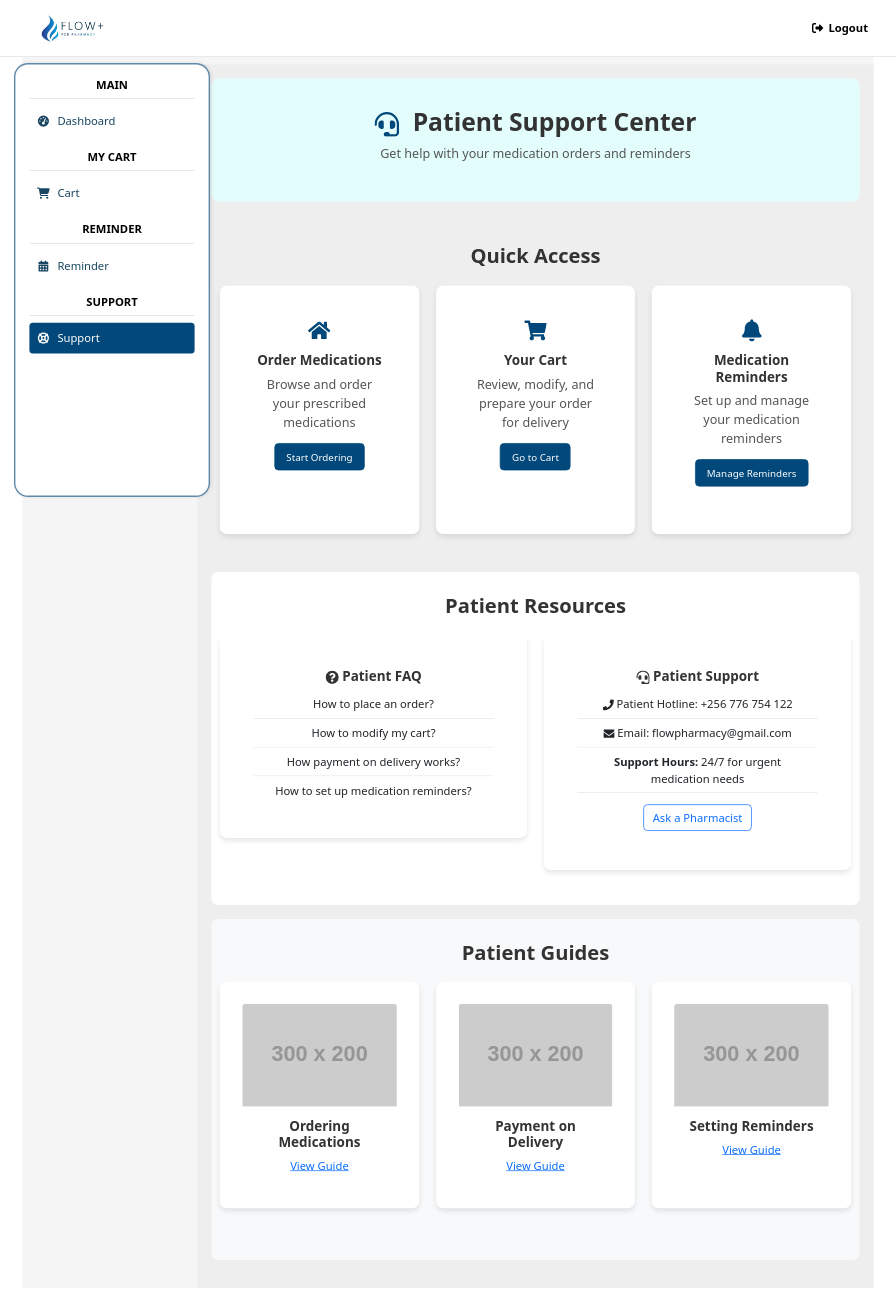
Repository: bindukabusara/Frontend
Page: /patientsupport
The author's editor kept a copy of each file at every save. The page is drawn from the files as they stood at one save, then again after the next save.
The browser window is 1280 px wide. The pictures show the whole page, at 70% of full size.
The project was rebuilt for these pictures with package versions that can differ from the ones it lists, and the page was loaded fresh each time. Also part of the build but not shown: vite.config.js, src/components/Home.jsx, src/components/authentification/Signup.css, src/components/authentification/Signup.jsx, src/components/authentification/Login.jsx, src/components/Pharmacy/Sidebar/Sidebar.jsx, src/components/Pharmacy/Sidebar/Navbar.jsx, src/components/Content/Dashboard.jsx and 16 more.

Above is the page before, as saved 2025-03-31 18:59:37.

### index.html
<!doctype html>
<html lang="en">

<head>
  <meta charset="UTF-8" />
  <link rel="icon" type="image/png" href="/Logo.png" />
  <meta name="viewport" content="width=device-width, initial-scale=1.0" />
  <title> FLOW +</title>

</head>

<body>
  <div id="root"></div>
  <script type="module" src="/src/main.jsx"></script>
</body>

</html>

### src/App.css
#root {
  max-width: 1280px;
  margin: 0 auto;
  padding: 2rem;
  text-align: center;
}

.logo {
  height: 6em;
  padding: 1.5em;
  will-change: filter;
  transition: filter 300ms;
}
.logo:hover {
  filter: drop-shadow(0 0 2em #646cffaa);
}
.logo.react:hover {
  filter: drop-shadow(0 0 2em #61dafbaa);
}

@keyframes logo-spin {
  from {
    transform: rotate(0deg);
  }
  to {
    transform: rotate(360deg);
  }
}

@media (prefers-reduced-motion: no-preference) {
  a:nth-of-type(2) .logo {
    animation: logo-spin infinite 20s linear;
  }
}

.card {
  padding: 2em;
}

.read-the-docs {
  color: #ffffff;
}

### src/componentp/contents/PatientSupport.jsx
import { Container, Row, Col, Card, Button, ListGroup } from "react-bootstrap";
import { FaHome, FaShoppingCart, FaBell, FaHeadset, FaPhone, FaEnvelope, FaQuestionCircle } from "react-icons/fa";
import { Link } from "react-router-dom";
import SidebarP from "../bar/SidebarP";
import NavbarP from "../bar/NavbarP";
import "./Support.css";

const PatientSupport = () => {
  return (
    <div className="dashboard-container">
      <NavbarP />
      <SidebarP />
      <div className="main-content">
        {/* Header Section */}
        <div className="support-header">
          <Container>
            <h1><FaHeadset className="support-icon" /> Patient Support Center</h1>
            <p>Get help with your medication orders and reminders</p>
          </Container>
        </div>

        {/* Quick Links Section */}
        <section className="quick-links">
          <Container>
            <h2 className="section-title">Quick Access</h2>
            <Row className="mt-4">
              <Col md={4} className="mb-4">
                <Card className="quick-link-card">
                  <Card.Body className="text-center">
                    <FaHome className="quick-link-icon" />
                    <Card.Title>Order Medications</Card.Title>
                    <Card.Text>
                      Browse and order your prescribed medications
                    </Card.Text>
                    <Button as={Link} to="/dash" variant="primary">
                      Start Ordering
                    </Button>
                  </Card.Body>
                </Card>
              </Col>
              <Col md={4} className="mb-4">
                <Card className="quick-link-card">
                  <Card.Body className="text-center">
                    <FaShoppingCart className="quick-link-icon" />
                    <Card.Title>Your Cart</Card.Title>
                    <Card.Text>
                      Review, modify, and prepare your order for delivery
                    </Card.Text>
                    <Button as={Link} to="/card" variant="primary">
                      Go to Cart
                    </Button>
                  </Card.Body>
                </Card>
              </Col>
              <Col md={4} className="mb-4">
                <Card className="quick-link-card">
                  <Card.Body className="text-center">
                    <FaBell className="quick-link-icon" />
                    <Card.Title>Medication Reminders</Card.Title>
                    <Card.Text>
                      Set up and manage your medication reminders
                    </Card.Text>
                    <Button as={Link} to="/reminder" variant="primary">
                      Manage Reminders
                    </Button>
                  </Card.Body>
                </Card>
              </Col>
            </Row>
          </Container>
        </section>

        {/* Help Resources Section */}
        <section className="help-resources">
          <Container>
            <h2 className="section-title">Patient Resources</h2>
            <Row>
              <Col md={6}>
                <Card className="mb-4">
                  <Card.Body>
                    <Card.Title><FaQuestionCircle className="mr-2" /> Patient FAQ</Card.Title>
                    <ListGroup variant="flush">
                      <ListGroup.Item>How to place an order?</ListGroup.Item>
                      <ListGroup.Item>How to modify my cart?</ListGroup.Item>
                      <ListGroup.Item>How payment on delivery works?</ListGroup.Item>
                      <ListGroup.Item>How to set up medication reminders?</ListGroup.Item>
                    </ListGroup>
                  </Card.Body>
                </Card>
              </Col>
              <Col md={6}>
                <Card>
                  <Card.Body>
                    <Card.Title><FaHeadset className="mr-2" /> Patient Support</Card.Title>
                    <ListGroup variant="flush">
                      <ListGroup.Item>
                        <FaPhone className="mr-2" /> Patient Hotline: +256 776 754 122
                      </ListGroup.Item>
                      <ListGroup.Item>
                        <FaEnvelope className="mr-2" /> Email: flowpharmacy@gmail.com
                      </ListGroup.Item>
                      <ListGroup.Item>
                        <strong>Support Hours:</strong> 24/7 for urgent medication needs
                      </ListGroup.Item>
                      <ListGroup.Item>
                        <Button variant="outline-primary" className="mt-2">
                          Ask a Pharmacist
                        </Button>
                      </ListGroup.Item>
                    </ListGroup>
                  </Card.Body>
                </Card>
              </Col>
            </Row>
          </Container>
        </section>

        {/* Patient Guides Section */}
        <section className="video-tutorials">
          <Container>
            <h2 className="section-title">Patient Guides</h2>
            <Row>
              <Col md={4} className="mb-4">
                <Card>
                  <Card.Img variant="top" src="https://via.placeholder.com/300x200" alt="Ordering Guide" />
                  <Card.Body>
                    <Card.Title>Ordering Medications</Card.Title>
                    <Button variant="link" className="p-0">View Guide</Button>
                  </Card.Body>
                </Card>
              </Col>
              <Col md={4} className="mb-4">
                <Card>
                  <Card.Img variant="top" src="https://via.placeholder.com/300x200" alt="Payment Guide" />
                  <Card.Body>
                    <Card.Title>Payment on Delivery</Card.Title>
                    <Button variant="link" className="p-0">View Guide</Button>
                  </Card.Body>
                </Card>
              </Col>
              <Col md={4} className="mb-4">
                <Card>
                  <Card.Img variant="top" src="https://via.placeholder.com/300x200" alt="Reminders Guide" />
                  <Card.Body>
                    <Card.Title>Setting Reminders</Card.Title>
                    <Button variant="link" className="p-0">View Guide</Button>
                  </Card.Body>
                </Card>
              </Col>
            </Row>
          </Container>
        </section>
      </div>
    </div>
  );
};

export default PatientSupport;

### src/components/Pharmacy/Sidebar/Navbar.css
/* Navbar Styles */
.navbar {
  background-color: #fff; /* Updated navbar color */
  color: #fff; /* White text */
  padding: 5px 10px;
  box-shadow: 0 2px 5px rgba(255, 255, 255, 0.1);
  position: fixed;
  top: 0;
  left: 0;
  width: 100%;
  z-index: 100;
  display: flex;
  align-items: center;
}

.navbar-content {
  display: flex;
  align-items: center;
  width: 100%;
  max-width: 1200px;
  margin: 0 auto;
}



.navbar-logo img {
  height: 70px; /* Adjust logo size */
}

/* Logout option styling */
.navbar-actions {
  margin-left: auto; /* Push logout to the extreme right */
  display: flex;
  align-items: center;
}

.navbar-actions .logout-option {
  color: #000000;
  cursor: pointer;
  font-size: 16px;
  display: flex;
  align-items: center;
  gap: 8px; /* Space between icon and text */
  transition: opacity 0.3s ease;
}

.navbar-actions .logout-option:hover {
  opacity: 0.8; /* Slight fade on hover */
}

/* Logout icon styling */
.navbar-actions .logout-option svg {
  width: 16px;
  height: 16px;
}

/* Logout Popup Overlay */
.logout-popup-overlay {
  position: fixed;
  top: 0;
  left: 0;
  width: 100%;
  height: 100%;
  background-color: rgba(0, 0, 0, 0.5); /* Semi-transparent black overlay */
  display: flex;
  justify-content: center;
  align-items: center;
  z-index: 1001;
}

/* Logout Popup */
.logout-popup {
  background-color: #fff;
  padding: 20px;
  border-radius: 10px;
  box-shadow: 0 2px 10px rgba(0, 0, 0, 0.1);
  text-align: center;
  max-width: 300px;
  width: 100%;
}

.logout-popup h3 {
  margin-bottom: 20px;
  color: #333;
}

.popup-buttons {
  display: flex;
  justify-content: center;
  gap: 10px;
}

.popup-buttons button {
  padding: 8px 16px;
  border: none;
  border-radius: 5px;
  cursor: pointer;
  font-size: 14px;
  transition: background-color 0.3s ease;
}

.popup-buttons .confirm-button {
  background-color: #ff4d4d; /* Red button */
  color: #fff;
}

.popup-buttons .confirm-button:hover {
  background-color: #e60000; /* Darker red on hover */
}

.popup-buttons .cancel-button {
  background-color: #1D328D; /* Updated navbar color */
  color: #fff;
}

.popup-buttons .cancel-button:hover {
  background-color: #16236b; /* Darker blue on hover */
}

### src/components/Content/order.css
.all-carts-page-container {
    padding: 20px;
  }

  .main-content {
    margin-left: 250px; /* Adjust based on your sidebar width */
  }

  .medication-image {
    width: 50px;
    height: 50px;
    object-fit: cover;
    margin-right: 10px;
  }

  .table td {
    vertical-align: middle; /* Align content vertically in the middle */
  }

  .modal-body {
    padding: 20px;
  }

  .modal-footer {
    justify-content: space-between;
  }

  /* Style the time input */
  input[type="time"] {
    padding: 8px;
    border: 1px solid #ccc;
    border-radius: 4px;
    width: 100%;
  }

  /* Style the "Add Another Time" button */
  .btn-secondary {
    margin-top: 10px;
  }

  .custom-table {
    width: 100%;
    border-collapse: collapse;
    margin-top: 20px;
    box-shadow: 0 4px 8px rgba(0, 0, 0, 0.1);
    background-color: #fff;
  }

  .custom-table th,
  .custom-table td {
    padding: 12px;
    text-align: left;
    border-bottom: 1px solid #ddd;
  }

  .custom-table th {
    background-color: #02487a;
    color: #fff;
    font-weight: bold;
    text-transform: uppercase;
    font-size: 12px;
  }

  .custom-table tbody tr:hover {
    background-color: #f1f1f1;
  }

  .custom-table tbody tr:nth-child(even) {
    background-color: #f9f9f9;
  }

  /* Medication Image Styling */
  .medication-image {
    width: 30px;
    height: 30px;
    border-radius: 5px;
    object-fit: cover;
  }

  /* Button Styling */
  .btn-primary {
    background-color:#02487a;
    border-color: #02487a;
    font-size: 14px;
    padding: 8px 16px;
  }

  .btn-primary:hover {
    background-color: #02487a;;
    border-color:#02487a;;
  }

### src/components/Content/Support.css
/* Support Page Styles */
.dashboard-container {
    display: flex;
    min-height: 100vh;
  }

  .main-content {
    flex: 1;
    padding: 20px;
    margin-left: 250px; /* Adjust based on your sidebar width */
  }

  .support-header {
    background-color: #E3FDFD;
    padding: 40px 0;
    text-align: center;
    margin-bottom: 30px;
    border-radius: 10px;
  }

  .support-header h1 {
    font-size: 2.2rem;
    font-weight: bold;
    color: #333;
  }

  .support-icon {
    color: #02487a;
    margin-right: 10px;
  }

  .section-title {
    font-size: 1.8rem;
    font-weight: bold;
    color: #333;
    margin-bottom: 25px;
    text-align: center;
  }

  .quick-links {
    padding: 30px 0;
  }

  .quick-link-card {
    height: 100%;
    transition: transform 0.3s ease;
    border: none;
    border-radius: 10px;
    box-shadow: 0 4px 8px rgba(0, 0, 0, 0.1);
    margin-bottom: 20px;
  }

  .quick-link-card:hover {
    transform: translateY(-5px);
  }

  .quick-link-icon {
    font-size: 2rem;
    color: #02487a;
    margin-bottom: 15px;
  }

  .help-resources, .video-tutorials {
    padding: 30px 0;
    background-color: #ffffff;
    border-radius: 10px;
    margin-bottom: 20px;
  }

  .video-tutorials {
    background-color: #f8f9fa;
  }

  .card {
    border: none;
    border-radius: 10px;
    box-shadow: 0 4px 8px rgba(0, 0, 0, 0.1);
    transition: transform 0.3s ease;
    margin-bottom: 20px;
  }

  .card:hover {
    transform: translateY(-5px);
  }

  .ListGroup-item {
    padding: 12px;
    border-left: none;
    border-right: none;
  }

  /* Responsive adjustments */
  @media (max-width: 992px) {
    .main-content {
      margin-left: 0;
      padding-top: 70px; /* Account for navbar height */
    }

    .support-header h1 {
      font-size: 1.8rem;
    }

    .section-title {
      font-size: 1.5rem;
    }

    .quick-link-icon {
      font-size: 1.5rem;
    }
  }

### src/componentp/contents/Support.css
/* Support Page Styles */
.dashboard-container {
    display: flex;
    min-height: 100vh;
  }

  .main-content {
    flex: 1;
    padding: 20px;
    margin-left: 250px; /* Adjust based on your sidebar width */
  }

  .support-header {
    background-color: #E3FDFD;
    padding: 40px 0;
    text-align: center;
    margin-bottom: 30px;
    border-radius: 10px;
  }

  .support-header h1 {
    font-size: 2.2rem;
    font-weight: bold;
    color: #333;
  }

  .support-icon {
    color: #02487a;
    margin-right: 10px;
  }

  .section-title {
    font-size: 1.8rem;
    font-weight: bold;
    color: #333;
    margin-bottom: 25px;
    text-align: center;
  }

  .quick-links {
    padding: 30px 0;
  }

  .quick-link-card {
    height: 100%;
    transition: transform 0.3s ease;
    border: none;
    border-radius: 10px;
    box-shadow: 0 4px 8px rgba(0, 0, 0, 0.1);
    margin-bottom: 20px;
  }

  .quick-link-card:hover {
    transform: translateY(-5px);
  }

  .quick-link-icon {
    font-size: 2rem;
    color: #02487a;
    margin-bottom: 15px;
  }

  .help-resources, .video-tutorials {
    padding: 30px 0;
    background-color: #ffffff;
    border-radius: 10px;
    margin-bottom: 20px;
  }

  .video-tutorials {
    background-color: #f8f9fa;
  }

  .card {
    border: none;
    border-radius: 10px;
    box-shadow: 0 4px 8px rgba(0, 0, 0, 0.1);
    transition: transform 0.3s ease;
    margin-bottom: 20px;
  }

  .card:hover {
    transform: translateY(-5px);
  }

  .ListGroup-item {
    padding: 12px;
    border-left: none;
    border-right: none;
  }

  /* Responsive adjustments */
  @media (max-width: 992px) {
    .main-content {
      margin-left: 0;
      padding-top: 70px; /* Account for navbar height */
    }

    .support-header h1 {
      font-size: 1.8rem;
    }

    .section-title {
      font-size: 1.5rem;
    }

    .quick-link-icon {
      font-size: 1.5rem;
    }
  }

### src/components/saler/Content/Support.css
/* Support Page Styles */
.dashboard-container {
    display: flex;
    min-height: 100vh;
  }

  .main-content {
    flex: 1;
    padding: 20px;
    margin-left: 250px; /* Adjust based on your sidebar width */
  }

  .support-header {
    background-color: #E3FDFD;
    padding: 40px 0;
    text-align: center;
    margin-bottom: 30px;
    border-radius: 10px;
  }

  .support-header h1 {
    font-size: 2.2rem;
    font-weight: bold;
    color: #333;
  }

  .support-icon {
    color: #02487a;
    margin-right: 10px;
  }

  .section-title {
    font-size: 1.8rem;
    font-weight: bold;
    color: #333;
    margin-bottom: 25px;
    text-align: center;
  }

  .quick-links {
    padding: 30px 0;
  }

  .quick-link-card {
    height: 100%;
    transition: transform 0.3s ease;
    border: none;
    border-radius: 10px;
    box-shadow: 0 4px 8px rgba(0, 0, 0, 0.1);
    margin-bottom: 20px;
  }

  .quick-link-card:hover {
    transform: translateY(-5px);
  }

  .quick-link-icon {
    font-size: 2rem;
    color: #02487a;
    margin-bottom: 15px;
  }

  .help-resources, .video-tutorials {
    padding: 30px 0;
    background-color: #ffffff;
    border-radius: 10px;
    margin-bottom: 20px;
  }

  .video-tutorials {
    background-color: #f8f9fa;
  }

  .card {
    border: none;
    border-radius: 10px;
    box-shadow: 0 4px 8px rgba(0, 0, 0, 0.1);
    transition: transform 0.3s ease;
    margin-bottom: 20px;
  }

  .card:hover {
    transform: translateY(-5px);
  }

  .ListGroup-item {
    padding: 12px;
    border-left: none;
    border-right: none;
  }

  /* Responsive adjustments */
  @media (max-width: 992px) {
    .main-content {
      margin-left: 0;
      padding-top: 70px; /* Account for navbar height */
    }

    .support-header h1 {
      font-size: 1.8rem;
    }

    .section-title {
      font-size: 1.5rem;
    }

    .quick-link-icon {
      font-size: 1.5rem;
    }
  }

### src/componentp/bar/Navbar.css
/* Navbar Styles */
.navbar {
  background-color: #fff; /* Updated navbar color */
  color: #fff; /* White text */
  padding: 5px 10px;
  box-shadow: 0 2px 5px rgba(255, 255, 255, 0.1);
  position: fixed;
  top: 0;
  left: 0;
  width: 100%;
  z-index: 100;
  display: flex;
  align-items: center;
}

.navbar-content {
  display: flex;
  align-items: center;
  width: 100%;
  max-width: 1200px;
  margin: 0 auto;
}



.navbar-logo img {
  height: 70px; /* Adjust logo size */
}

/* Logout option styling */
.navbar-actions {
  margin-left: auto; /* Push logout to the extreme right */
  display: flex;
  align-items: center;
}

.navbar-actions .logout-option {
  color: #000000;
  cursor: pointer;
  font-size: 16px;
  display: flex;
  align-items: center;
  gap: 8px; /* Space between icon and text */
  transition: opacity 0.3s ease;
}

.navbar-actions .logout-option:hover {
  opacity: 0.8; /* Slight fade on hover */
}

/* Logout icon styling */
.navbar-actions .logout-option svg {
  width: 16px;
  height: 16px;
}

/* Logout Popup Overlay */
.logout-popup-overlay {
  position: fixed;
  top: 0;
  left: 0;
  width: 100%;
  height: 100%;
  background-color: rgba(0, 0, 0, 0.5); /* Semi-transparent black overlay */
  display: flex;
  justify-content: center;
  align-items: center;
  z-index: 1001;
}

/* Logout Popup */
.logout-popup {
  background-color: #fff;
  padding: 20px;
  border-radius: 10px;
  box-shadow: 0 2px 10px rgba(0, 0, 0, 0.1);
  text-align: center;
  max-width: 300px;
  width: 100%;
}

.logout-popup h3 {
  margin-bottom: 20px;
  color: #333;
}

.popup-buttons {
  display: flex;
  justify-content: center;
  gap: 10px;
}

.popup-buttons button {
  padding: 8px 16px;
  border: none;
  border-radius: 5px;
  cursor: pointer;
  font-size: 14px;
  transition: background-color 0.3s ease;
}

.popup-buttons .confirm-button {
  background-color: #ff4d4d; /* Red button */
  color: #fff;
}

.popup-buttons .confirm-button:hover {
  background-color: #e60000; /* Darker red on hover */
}

.popup-buttons .cancel-button {
  background-color: #1D328D; /* Updated navbar color */
  color: #fff;
}

.popup-buttons .cancel-button:hover {
  background-color: #16236b; /* Darker blue on hover */
}

### src/components/saler/Bar/Navbar.css
/* Navbar Styles */
.navbar {
  background-color: #fff; /* Updated navbar color */
  color: #fff; /* White text */
  padding: 5px 10px;
  box-shadow: 0 2px 5px rgba(255, 255, 255, 0.1);
  position: fixed;
  top: 0;
  left: 0;
  width: 100%;
  z-index: 100;
  display: flex;
  align-items: center;
}

.navbar-content {
  display: flex;
  align-items: center;
  width: 100%;
  max-width: 1200px;
  margin: 0 auto;
}



.navbar-logo img {
  height: 70px; /* Adjust logo size */
}

/* Logout option styling */
.navbar-actions {
  margin-left: auto; /* Push logout to the extreme right */
  display: flex;
  align-items: center;
}

.navbar-actions .logout-option {
  color: #000000;
  cursor: pointer;
  font-size: 16px;
  display: flex;
  align-items: center;
  gap: 8px; /* Space between icon and text */
  transition: opacity 0.3s ease;
}

.navbar-actions .logout-option:hover {
  opacity: 0.8; /* Slight fade on hover */
}

/* Logout icon styling */
.navbar-actions .logout-option svg {
  width: 16px;
  height: 16px;
}

/* Logout Popup Overlay */
.logout-popup-overlay {
  position: fixed;
  top: 0;
  left: 0;
  width: 100%;
  height: 100%;
  background-color: rgba(0, 0, 0, 0.5); /* Semi-transparent black overlay */
  display: flex;
  justify-content: center;
  align-items: center;
  z-index: 1001;
}

/* Logout Popup */
.logout-popup {
  background-color: #fff;
  padding: 20px;
  border-radius: 10px;
  box-shadow: 0 2px 10px rgba(0, 0, 0, 0.1);
  text-align: center;
  max-width: 300px;
  width: 100%;
}

.logout-popup h3 {
  margin-bottom: 20px;
  color: #333;
}

.popup-buttons {
  display: flex;
  justify-content: center;
  gap: 10px;
}

.popup-buttons button {
  padding: 8px 16px;
  border: none;
  border-radius: 5px;
  cursor: pointer;
  font-size: 14px;
  transition: background-color 0.3s ease;
}

.popup-buttons .confirm-button {
  background-color: #ff4d4d; /* Red button */
  color: #fff;
}

.popup-buttons .confirm-button:hover {
  background-color: #e60000; /* Darker red on hover */
}

.popup-buttons .cancel-button {
  background-color: #1D328D; /* Updated navbar color */
  color: #fff;
}

.popup-buttons .cancel-button:hover {
  background-color: #16236b; /* Darker blue on hover */
}

Loaded but not shown: src/main.jsx (common file); src/index.css (common file); src/components/Content/MedicationStore.css (337 lines, source omitted); src/components/Home.css (293 lines, source omitted); src/componentp/contents/Orders.css (246 lines, source omitted); src/components/Content/Dashboard.css (222 lines, source omitted); src/components/saler/Content/Dashboard.css (222 lines, source omitted); src/componentp/contents/Card.css (218 lines, source omitted); src/components/saler/Bar/sidebar.css (134 lines, source omitted); src/components/saler/Content/Report.css (163 lines, source omitted); src/components/Content/Report.css (163 lines, source omitted); src/components/Pharmacy/Sidebar/sidebar.css (153 lines, source omitted); src/componentp/bar/sidebar.css (170 lines, source omitted); src/App.jsx (66 lines, source omitted); src/componentp/bar/SidebarP.jsx (103 lines, source omitted); src/components/Content/ExpiringMedications.css (128 lines, source omitted); src/components/saler/Content/ExpiringMedications.css (128 lines, source omitted); src/componentp/bar/NavbarP.jsx (74 lines, source omitted); src/componentp/contents/Reminder.css (148 lines, source omitted); src/components/saler/Content/OrdersS.css (no stored copy; drawn as an empty file); src/components/saler/Content/store.css (no stored copy; drawn as an empty file)

After the next save:
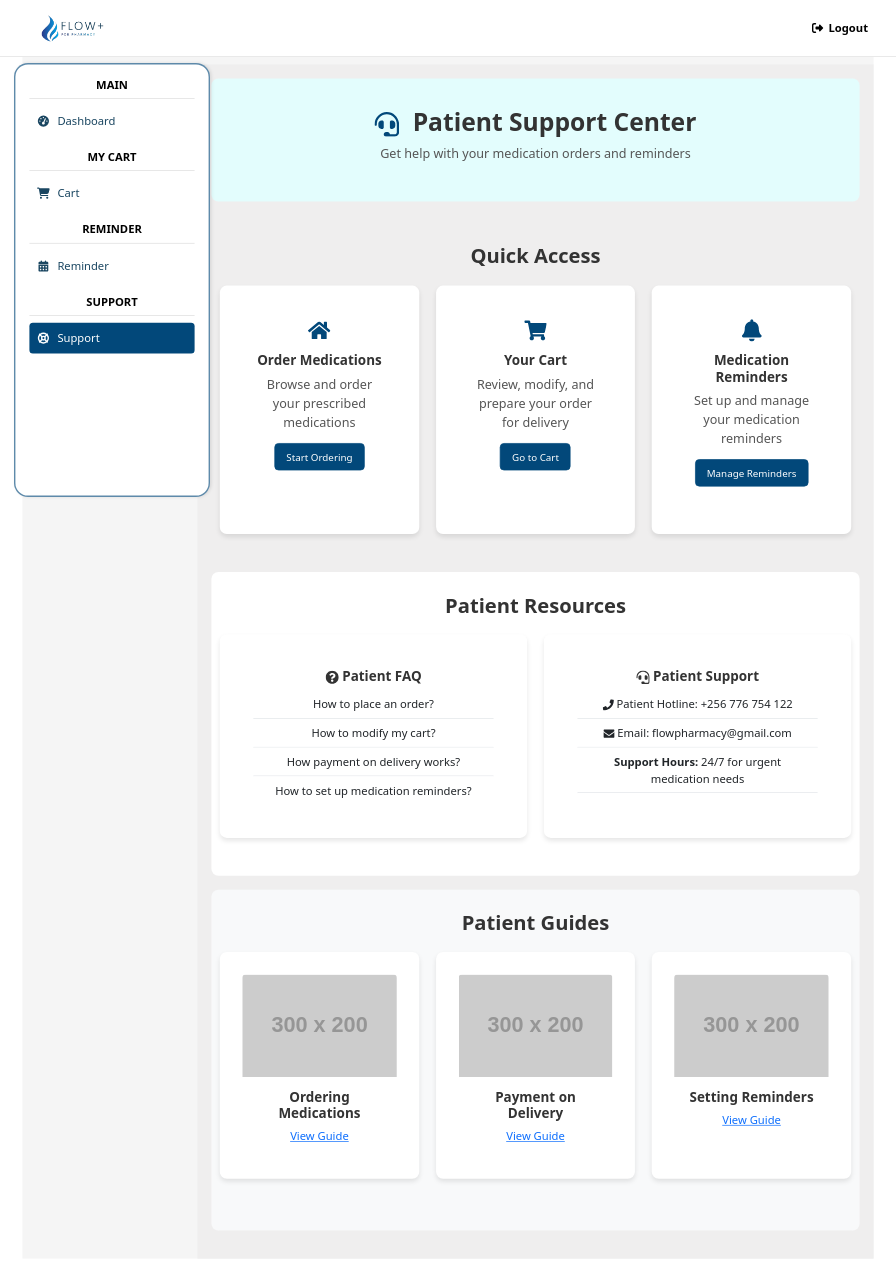
Saved 35 s later.
--- a/src/componentp/contents/PatientSupport.jsx
+++ b/src/componentp/contents/PatientSupport.jsx
@@ -103,9 +103,7 @@ const PatientSupport = () => {
                         <strong>Support Hours:</strong> 24/7 for urgent medication needs
                       </ListGroup.Item>
                       <ListGroup.Item>
-                        <Button variant="outline-primary" className="mt-2">
-                          Ask a Pharmacist
-                        </Button>
+
                       </ListGroup.Item>
                     </ListGroup>
                   </Card.Body>
